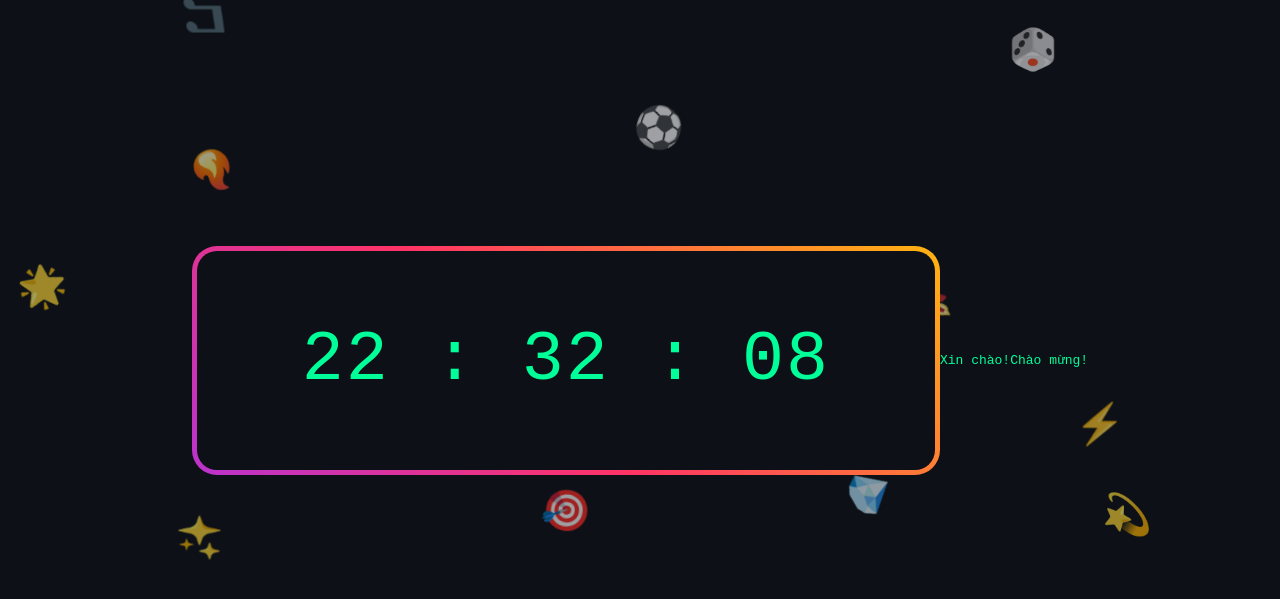
Repository: trunghau06/baiTapJs
Page: index.html
An editor plug-in stored every save of this project. The page is shown before and after the next save, followed by the edit.
The browser window is 1280 px wide. The pictures show the whole page.

Above is the page before, as saved 2025-10-21 18:04:45.

After the next save:
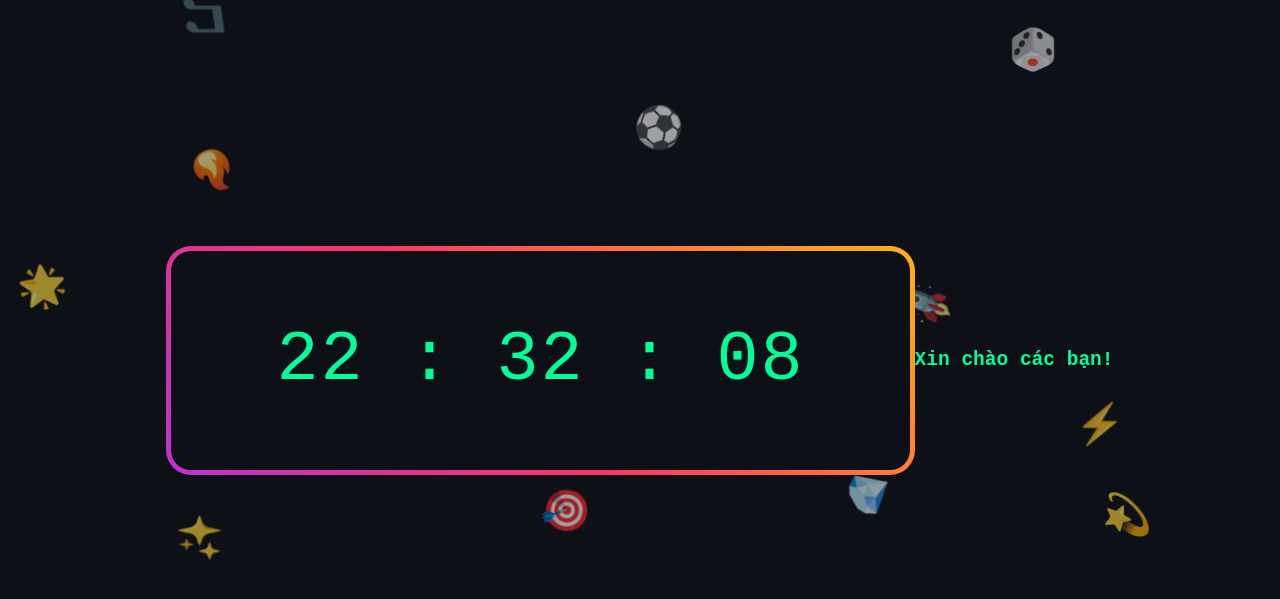
Saved 2 min 43 s later.
--- a/index.html
+++ b/index.html
@@ -31,15 +31,14 @@
 <!DOCTYPE html>
 <html>
 <body>
-  <p class="intro">Xin chào!</p>
-  <p class="intro">Chào mừng!</p>
+  <h2 id="heading">Xin chào các bạn!</h2>
 
   <script>
-    // Lấy tất cả phần tử có class "intro"
-    let elements = document.getElementsByClassName("intro");
+    // Lấy phần tử có id là "heading"
+    let element = document.getElementById("heading");
 
-    // In ra mảng các phần tử có class "intro"
-    console.log(elements);
+    // In ra phần tử trong console
+    console.log(element);
   </script>
 </body>
 </html>
